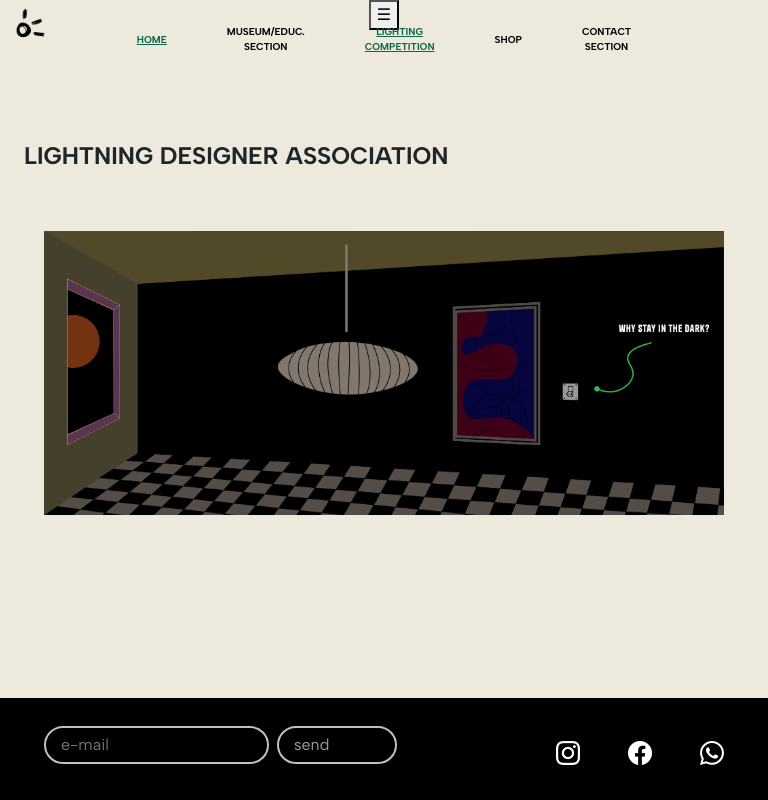
Repository: veronicamdiaz/Landing-Page-Practices
Page: index.html
These files come from the project's save history. The page is drawn as it stood at one moment and after the next save; the edit follows.
The browser window is 768 px wide. The pictures show the whole page.

Above is the page before, as saved 2025-06-02 17:37:18.
Console error: TypeError: Cannot set properties of null (setting 'src')

### index.html
<!DOCTYPE html>
<html lang="pt-BR">
<head>
    <meta http-equiv="X-UA-Compatible" content="IE=edge">
    <meta name="viewport" content="width=device-width, initial-scale=1.0">
    <title>Landing Page</title>
    <link rel="stylesheet" href="https://cdn.jsdelivr.net/npm/bootstrap@5.3.3/dist/css/bootstrap.min.css">
    <link rel="preconnect" href="https://fonts.googleapis.com">
    <link rel="preconnect" href="https://fonts.gstatic.com" crossorigin>
    <link href="https://fonts.googleapis.com/css2?family=Pacifico&family=Roboto:wght@400;700&display=swap" rel="stylesheet">
    <link rel="stylesheet" href="https://cdn.jsdelivr.net/npm/bootstrap-icons@1.11.3/font/bootstrap-icons.min.css">
    <link href="https://fonts.googleapis.com/css2?family=Albert+Sans:ital,wght@0,100..900;1,100..900&family=Pacifico&family=Roboto+Slab:wght@100..900&family=Roboto:ital,wght@0,100;0,300;0,400;0,500;0,700;0,900;1,100;1,300;1,400;1,500;1,700;1,900&display=swap" rel="stylesheet">
    <link rel="stylesheet" href="main.css">
</head>

<body>
<header id="home-page">
    <div class="site-logo">
        <a href="index.html">
            <img src="images/logo-site.png" alt="Lightning Design Lab Logo" class="logo-img">
        </a>
    </div>
<!-- Botão hamburguer (aparece só no mobile) -->
<button class="hamburger" id="hamburgerToggle">
  &#9776; <!-- Unicode do ícone hamburguer -->
</button>

<!-- Menu que será ocultado no mobile e exibido ao clicar no botão -->
<div class="menu" id="mainMenu">
  <nav id="cabecalho" class="mb-2 px-4">
    <a href="index.html" class="nav-link">HOME</a>
    <a href="museum-educational-section.html" class="nav-link">MUSEUM/EDUC. SECTION</a>
    <a href="competition-section.html" class="nav-link-active">LIGHTING COMPETITION</a>
    <a href="shop-section.html" class="nav-link">SHOP</a>
    <a href="contact-section.html" class="nav-link">CONTACT SECTION</a>
  </nav>
</div>

</header>

    <main>
        <section id="interaction-section" class="mt-5 mb-5">
            <h2 class="section-title mb-3 p-4">LIGHTNING DESIGNER ASSOCIATION</h2>
            <div class="container">
                <img src="./images/lights drawings2-09-09-09.jpg" alt="desenho-luz-apagada" class="img-fluid" id="img-interativa">
            </div>
        </section>
    </main>

    <footer class="bg-black py-2">
        <div class="container d-flex justify-content-between align-items-center flex-column flex-md-row">
            <div class="d-flex gap-2 align-items-center mb-2">
                <input type="email" class="btn btn-secondary" placeholder="e-mail" required
                    style="border: 2px solid rgb(192, 192, 192); border-radius: 20px; background-color: black; padding: 5px 15px; min-width: 120px; text-align: left; color: rgb(155, 155, 155);">
                <button type="submit" class="btn btn-secondary"
                    style="border: 2px solid rgb(192, 192, 192); border-radius: 20px; background-color: black; padding: 5px 15px; min-width: 120px; text-align: left; color: rgb(155, 155, 155);">
                    send
                </button>
            </div>
            <div class="d-flex gap-5 align-items-center">
                <a href="https://www.instagram.com" target="_blank" class="text-white">
                    <i class="bi bi-instagram" style="font-size: 1.5rem;"></i>
                </a>
                <a href="https://www.facebook.com" target="_blank" class="text-white">
                    <i class="bi bi-facebook" style="font-size: 1.5rem;"></i>
                </a>
                <a href="https://wa.me/" target="_blank" class="text-white">
                    <i class="bi bi-whatsapp" style="font-size: 1.5rem;"></i>
                </a>
            </div>
        </div>
    </footer>


    <script src="script.js"></script>

    <script>
        document.addEventListener("DOMContentLoaded", function () {
            const navLinks = document.querySelectorAll(".nav-link");

            // Ativa o link clicado e armazena no localStorage
            navLinks.forEach(link => {
                link.addEventListener("click", function (e) {
                    // Armazena qual link foi clicado no localStorage
                    localStorage.setItem('activeLink', e.target.getAttribute('href'));
                    // Adiciona a classe de ativo
                    navLinks.forEach(l => l.classList.remove("nav-link-active"));
                    e.target.classList.add("nav-link-active");
                });
            });

            // Verifica se há um link ativo armazenado no localStorage
            const activeLink = localStorage.getItem('activeLink');
            if (activeLink) {
                // Remove a classe 'nav-link-active' de todos os links
                navLinks.forEach(link => link.classList.remove("nav-link-active"));
                // Adiciona a classe 'nav-link-active' ao link armazenado
                document.querySelector(`a[href="${activeLink}"]`)?.classList.add("nav-link-active");
            }
        });
    </script>
</body>
</html>

### main.css
html, body {
    height: 100%;
    margin: 0;
    display: flex;
    flex-direction: column;
}

body {
    background-color: #EDEADD;
    font-family: sans-serif;
    flex: 1;
}

main {
    z-index: 5;
    flex: 1; /* ocupa todo o espaço entre o header e o footer */
    display: flex;
    flex-direction: column;
    background-color: transparent;
}

header {
    height: auto;
    position: relative;
    display: flex;
    flex-direction: column;
    align-items: center;
    padding-bottom: 40px; /* ou ajuste conforme necessário */

}

.site-logo {
    z-index: 100; /* Aumente se necessário */
    position: fixed;
    top: 10px;
    left: 20px;
}

.interaction-section {
    z-index: 5;
}

.logo-img {
    height: auto;
    display: block;
}

.container {
    padding: 20px;
}

/* #webgl-container {
    display: flex;
    justify-content: center;
    align-items: center;
    width: 100%;
    height: 100%;
    overflow: hidden;
    background-color: #f5f5f5;
} */

#home-page {
    width: 100%;
    justify-content: center;
    align-items: center;
}



/* .square {
    width: 200px;
    height: 200px;
    background-color: rgb(255, 255, 255);
    position: relative;
} */

.square::before,
.square::after {
    content: "";
    position: absolute;
    width: 100%;
    height: 1px;
}

/* .square::before {
    top: 50%;
    transform: translateY(-50%);
    transform-origin: left;
    transform: rotate(45deg);
}

.square::after {
    left: 50%;
    transform: translateX(-50%);
    transform-origin: top;
    transform: rotate(-45deg);
}
*/
nav {
    font-family: 'Albert Sans';
    font-weight: bold;
    left: 50%;
    top: 10px; /* Mantém um pequeno espaçamento do topo */
    transform: translateX(-50%);
    gap: 20px;
    display: inline-block;
    font-size: 16px;
    align-items: center;
    justify-content: center;
    z-index: 10;
    padding: 10px 20px;
    height: auto;
}


nav a {
    text-decoration: none;
    font-weight: bold;
    background-color: none;
    height: auto !important;
}

.nav-link {
    color: black; /* Cor padrão */
    transition: color 0.3s ease;
}

.nav-link-active {
    color: #0b6945 !important; /* Cor do botão ativo */
    font-weight: bold;
    text-decoration: underline;
}


#cabecalho {
    position: fixed;
    text-align: center; /* Centraliza os links */
    height: auto;
    gap: 20px;
    z-index: 10px;
}

#cabecalho a {
    display: inline-block;
    padding: 10px 20px; /* Para não ficarem colados */
    height: auto;
}

.card {
    display: flex;
    align-items: center;
    padding: 40px;
    width: 100%;
    height: 100%;
    max-width: 1200px;
    margin: 0 auto;
    border-radius: 12px;
    border: 1px solid black;
}

.row {
    flex-wrap: wrap; /* Para quebrar corretamente em telas pequenas */
    justify-content: space-between; /* Garante espaçamento uniforme */
}

.card img {
    background-color: none;
    width: 100%;
    height: 100%;
    object-fit: cover;
}

.card h3 {
    font-size: 14px;
    font-family: 'Albert Sans';
    color: #666;
    font-weight: bold;
}
.card p {
    margin-top: 10px;
    font-size: 12px;
    color: #666;
    font-family: 'Albert Sans';
}

.card.reverse {
    flex-direction: column-reverse;
}

.section-title {
    font-family: 'Albert Sans';
    font-weight: bold;
    font-size: 1.5em;
}

#nova-secao {
    font-family: 'Albert Sans';
}

.text-white {
    font-family: 'Albert Sans';
    font-size: .3em;
    font-weight: bold;
    color: white;
}


.btn-seemore {
    text-transform: uppercase;
    text-decoration: underline;
    background: none;
    border: none;
    color: white;
    font-size: 1rem;
    cursor: pointer;
}

.card-label {
    font-family: 'Albert Sans', sans-serif;
    font-size: 0.9rem;
    color: #999;
    letter-spacing: 1px;
    margin-bottom: 2px; /* Diminuir aqui! */
}


.custom-card img {
    width: 40%;
    max-width: 300px;
    object-fit: cover;
}

.custom-card .card-content {
    width: 60%;
    padding: 20px;
}

.custom-card h3 {
    font-weight: bold;
    margin-bottom: 8px;
    font-size: 18px;
}

.custom-card.left {
    flex-direction: row;
    border: 1px solid black;
    background-color: transparent;
}

.custom-card.right {
    flex-direction: row-reverse;
    border: 1px solid black;
    background-color: transparent;
}

.custom-card p {
    font-size: 14px;
    line-height: 1.6;
}

.card-label {
    font-size: 14px;
    line-height: 1.6;
    font-family: 'Albert Sans';
}


footer {
    padding: 2px 0; /* Reduzindo a altura do footer */
    font-size: 0.8rem; /* Diminuindo tamanho do texto */
    font-family: 'Albert Sans', sans-serif;
}

.icon {
    max-width: 30px; /* Ajuste o tamanho máximo conforme necessário */
    max-height: 30px; /* Ajuste o tamanho máximo conforme necessário */
    width: auto; /* Mantém a proporção */
    height: auto; /* Mantém a proporção */
    object-fit: contain; /* Garante que a imagem se ajuste ao espaço sem distorção */
    margin-bottom: 10px;
}


#competition-section .container {
    width: 100vw;
    overflow: hidden;
}

#img-interativa {
    width: 100%;
    object-fit: cover;
    display: block;
}

.title-container .section-title {
    flex: 1;
    margin: 0;
}

/* “spacer” vazio só para manter o flex funcionando igual */
.title-container .spacer {
  width: 60px; /* ou o tamanho que você precisar para “fechar” o espaço */
}

/*contact section style */
.contact-section {
    display: flex;
    justify-content: center;
    align-items: center;
    padding: 2rem 1rem;
    border: none;
}

.contact-container {
padding: 2rem;
width: 100%;
max-width: 500px;
text-align: center;
background-color: transparent;
}

.contact-input {
width: 100%;
padding: 0.75rem;
border: 3px solid;
border-radius: 5px;
font-family: inherit;
margin-bottom: 10px; /* Espaçamento entre os inputs */
resize: none;
background-color: transparent;
}


.contact-cookie-policy p {
font-size: 0.9rem;
margin-top: 1rem;
color: #555;
}


@media (max-width: 768px) {
    .site-logo {
        top: 5px;
        left: 10px;
        position: fixed;
    }

    .logo-img {
        width: 40px;
    }

    nav {
        position: fixed;
        font-family: 'Albert Sans';
        font-weight: bold;
        gap: 20px;
        font-size: 10px;
        justify-content: center;
        text-align: right;
        display: flex;
        z-index: 1;
        padding: 4px 12px;
    }

    .home-image {
        width: 100%;
        height: auto;
        content: (url(images/fundositemenor_prancheta.png));
        }

    #home-page {
        justify-content: center;
        align-items: center;
    }

    .img-responsiva {
        height: auto;
    }

    .nav-links {
        flex-direction: column;
        gap: 15px;
        text-align: center;
    }

    .navbar-toggler {
        display: block; /* Mostra o botão hambúrguer */
        background: none;
        border: none;
        cursor: pointer;
    }

    .navbar-toggler i {
        color: black;
    }


    .card {
        text-align: center;
        flex-direction: column;
    }

    .card img {
        width: 70%;
    }

    .card .card-content {
        width: 70%;
    }

    .custom-card {
        flex-direction: column !important;
        text-align: center;
    }

    .custom-card img {
        width: 70%;
    }

    .custom-card .card-content {
        width: 70%;
    }


    footer .container {
        flex-direction: column;
        text-align: center;
    }

    footer form {
        flex-direction: column;
        width: 70%;
        align-items: center;
    }

    footer form input,
    footer form button {
        width: 90%; /* Mantém a aparência proporcional */
    }

    footer .d-flex.gap-5 {
        gap: 20px; /* Ajusta o espaçamento dos ícones */
        justify-content: center;
        margin-top: 10px;
    }
}

### script.js
document.addEventListener('DOMContentLoaded', function () {
  // Código para a troca de imagem
  const imagem = document.getElementById('img-interativa');
  let estado = 'inicial';

  console.log('Imagem carregada:', imagem);

  imagem.addEventListener('click', function () {
    console.log('Imagem clicada. Estado atual:', estado);

    if (estado === 'inicial') {
      imagem.src = './images/lights drawings2-05-05-05.jpg';
      estado = 'alterada';
    } else {
      imagem.src = './images/lights drawings2-09-09-09.jpg';
      estado = 'inicial';
    }

    console.log('Novo estado:', estado);
  });
});

function updateImage() {
  let homeImage = document.querySelector('.home-image');
  if (window.innerWidth <= 768) {
      homeImage.src = "images/fundositemenor_prancheta.png"; // Imagem menor
  } else {
      homeImage.src = "images/fundosite.png"; // Imagem padrão
  }
}

document.addEventListener("DOMContentLoaded", function () {
  const navLinks = document.querySelectorAll(".nav-link");
  const currentURL = window.location.pathname.split("/").pop(); // Pega só o nome do arquivo, ex: 'shop-section.html'

  navLinks.forEach(link => {
    const linkHref = link.getAttribute("href");

    // Verifica se o link aponta para a mesma página
    if (
      linkHref === currentURL ||                     // Exato match
      (linkHref === "index.html" && currentURL === "") || // Caso especial para index
      (linkHref !== "#" && currentURL.includes(linkHref)) // Links internos com hash (#)
    ) {
      link.classList.add("nav-link-active");
    } else {
      link.classList.remove("nav-link-active");
    }
  });
});


// Verifica quando a página carrega
window.onload = updateImage;

// Verifica quando a tela redimensiona
window.onresize = updateImage;

// <-- Fechando corretamente a função de 'DOMContentLoaded'


  /*
  // Inicialização do modelo 3D
  let mouseX = 0, mouseY = 0;
  const container = document.getElementById('webgl-container');
  const renderer = new THREE.WebGLRenderer({ antialias: true });
  renderer.setSize(window.innerWidth, window.innerHeight);
  container.appendChild(renderer.domElement);  // Adiciona o renderizador dentro de #webgl-container

  const scene = new THREE.Scene();

  // Criar um cubo maior
  const geometry = new THREE.BoxGeometry(2, 2, 2); // Aumentei o tamanho do cubo (2x2x2)
  const material = new THREE.MeshStandardMaterial({ color: 0x00ff00, roughness: 0.5, metalness: 0.7 });
  const cube = new THREE.Mesh(geometry, material);
  scene.add(cube);
  scene.background = new THREE.Color(0xF5F5F5);  // Cor de fundo #F5F5F5

   // Definir a posição do cubo para ficar mais para cima
   cube.position.y = 1; // Aqui é onde ajustamos a posição vertical do cubo

   // Melhorar a qualidade aumentando a resolução
  renderer.setPixelRatio(window.devicePixelRatio); // Usa a resolução nativa do dispositivo

  // Câmera
  const camera = new THREE.PerspectiveCamera(75, window.innerWidth / window.innerHeight, 0.1, 1000);
  camera.position.z = 5;  // Posicionando a câmera para visualizar o cubo maior

  // Adicionar luz ambiente
  const light = new THREE.AmbientLight(0x404040); // luz suave
  scene.add(light);

  // Adicionar luz direcional
  const directionalLight = new THREE.DirectionalLight(0xffffff, 1);
  directionalLight.position.set(5, 5, 5).normalize();
  scene.add(directionalLight);

  // Função de animação
  function animate() {
    requestAnimationFrame(animate);

    // A rotação do cubo será controlada pela posição do mouse
    cube.rotation.x = mouseY * Math.PI; // Multiplica a posição Y do mouse por pi
    cube.rotation.y = mouseX * Math.PI; // Multiplica a posição X do mouse por pi

    renderer.render(scene, camera);
  }

  animate();

  // Função para ajustar o tamanho do renderizador e atualizar a câmera
function onWindowResize() {
  const width = window.innerWidth;
  const height = window.innerHeight;

  // Atualiza as proporções da câmera
  camera.aspect = width / height;
  camera.updateProjectionMatrix();

  // Ajusta o tamanho do renderizador
  renderer.setSize(width, height);
}

// Adiciona um event listener para chamar a função sempre que a janela for redimensionada
window.addEventListener('resize', onWindowResize, false);

// Chama a função uma vez para configurar inicialmente
onWindowResize();

  // Redimensionar o renderizador quando a janela for redimensionada
  window.addEventListener('resize', () => {
    renderer.setSize(window.innerWidth, window.innerHeight);
    camera.aspect = window.innerWidth / window.innerHeight;
    camera.updateProjectionMatrix();
  });

  // Captura o movimento do mouse
  function onMouseMove(event) {
    // Normaliza a posição do mouse (de -1 a 1 para cada eixo)
    mouseX = (event.clientX / window.innerWidth) * 2 - 1;
    mouseY = -(event.clientY / window.innerHeight) * 2 + 1;
  }

  // Adiciona o ouvinte para o movimento do mouse
  window.addEventListener('mousemove', onMouseMove, false);
});

*/

After the next save:
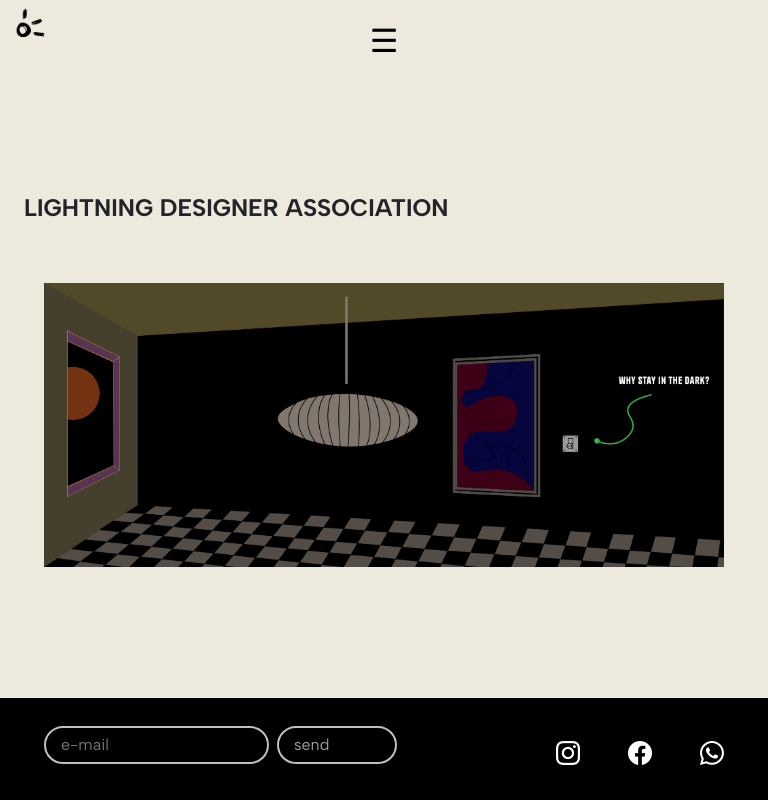
Saved 54 s later.
--- a/main.css
+++ b/main.css
@@ -18,6 +18,54 @@
     flex-direction: column;
     background-color: transparent;
 }
+
+/* Oculta o botão e mostra o menu no desktop */
+.hamburger {
+  display: none;
+}
+
+.menu {
+  display: block;
+}
+
+/* --- MOBILE STYLE --- */
+@media (max-width: 768px) {
+  /* Mostra o botão hambúrguer no mobile */
+  .hamburger {
+    display: block;
+    font-size: 2rem;
+    background: none;
+    border: none;
+    cursor: pointer;
+    margin: 1rem;
+    z-index: 1001;
+    position: relative;
+  }
+
+  /* Oculta o menu inicialmente no mobile */
+  .menu {
+    display: none;
+    flex-direction: column;
+    position: absolute;
+    top: 60px;
+    left: 0;
+    background-color: white;
+    width: 100%;
+    padding: 1rem;
+    box-shadow: 0 4px 10px rgba(0, 0, 0, 0.1);
+    z-index: 1000;
+  }
+
+  /* Mostra o menu quando a classe 'open' é ativada via JS */
+  .menu.open {
+    display: flex;
+  }
+
+  .nav-link {
+    margin: 10px 0;
+  }
+}
+
 
 header {
     height: auto;
